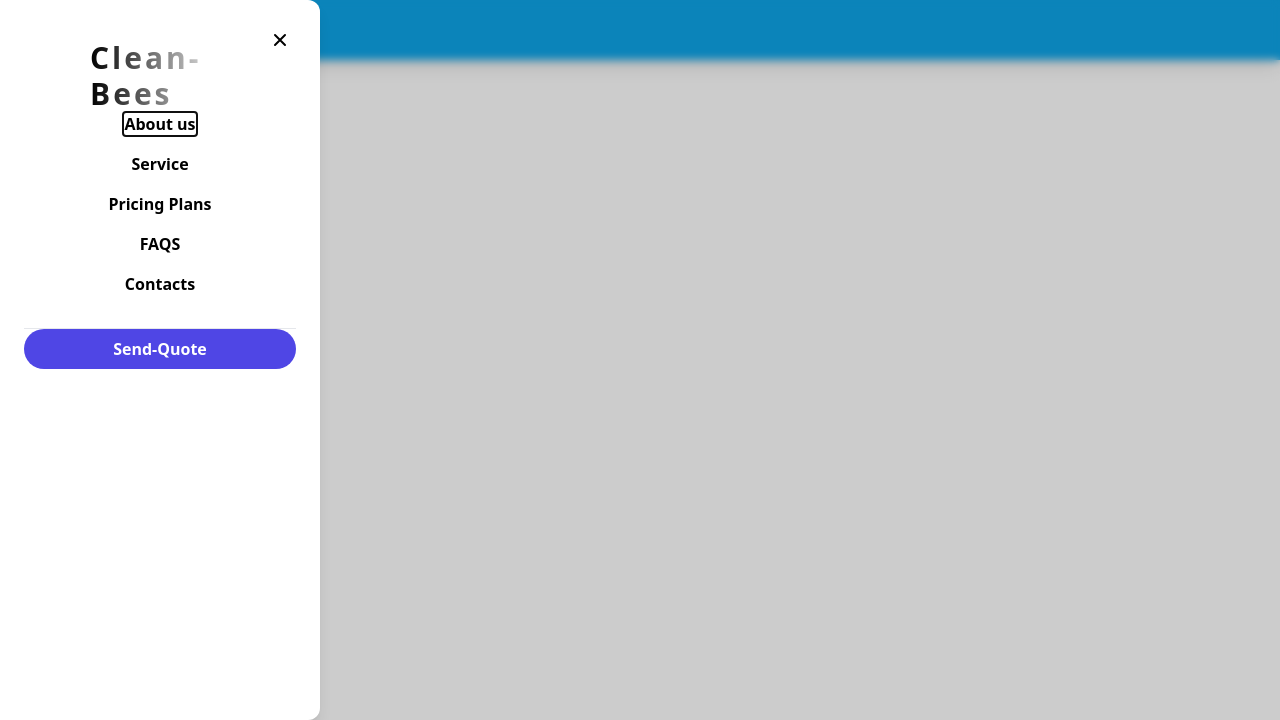
Repository: remydev47/cleanbees
Page: /
The author's editor kept a copy of each file at every save. The page is drawn from the files as they stood at one save, then again after the next save.
The browser window is 1280 px wide. The pictures show the whole page.
The project was rebuilt for these pictures with package versions that can differ from the ones it lists, and the page was loaded fresh each time. The framework's server and built-in components were replaced by stand-ins that run in the browser. Also part of the build but not shown: next.config.js.

Above is the page before, as saved 2022-09-15 19:14:11.

After the next save:
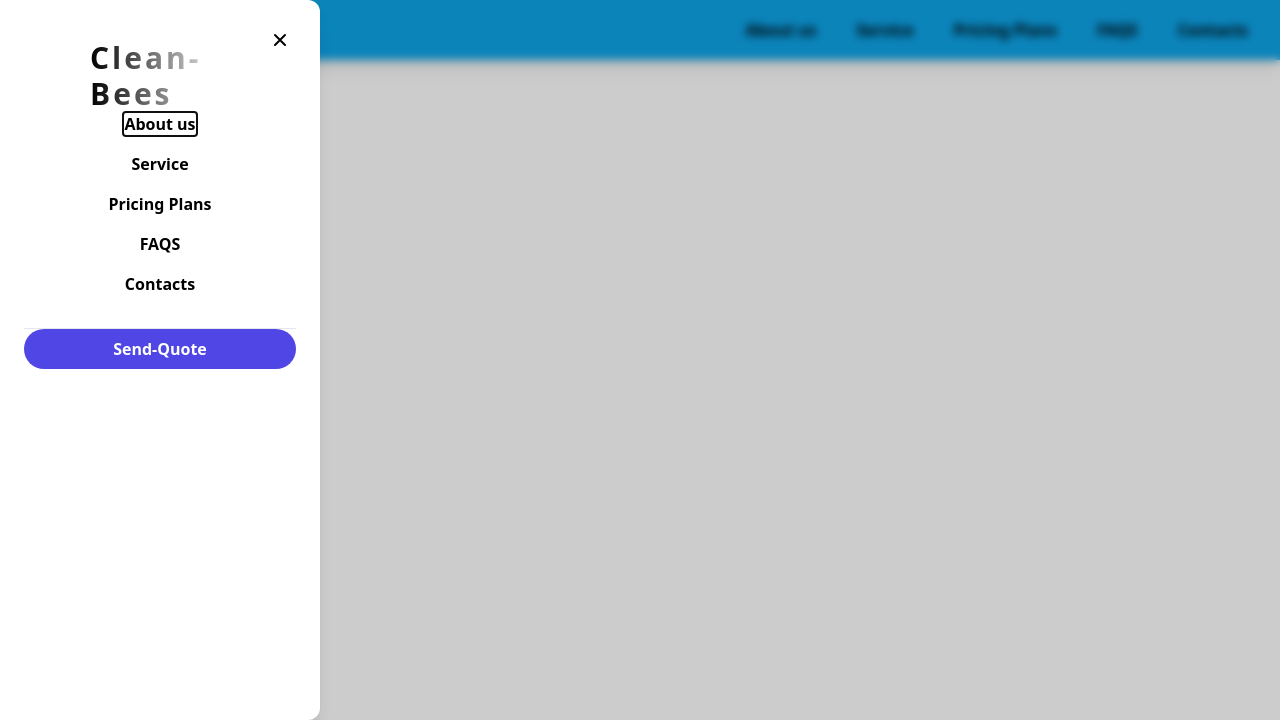
Saved 4 min 43 s later.
--- a/components/Header.tsx
+++ b/components/Header.tsx
@@ -1,6 +1,7 @@
 import { navLinks } from "../constants"
 import { MenuPopOver } from "./MenuPopover"
 import Logo from "./Logo"
+import { title } from "process"
 
 export const Header = () => {
     return(
@@ -12,6 +13,19 @@ export const Header = () => {
           <div className='flex grow-0 basis-1/3 justify-center md:justify-start'>
             <Logo/>
            </div>
+           <ul className="list-none sm:flex hidden justify-end items-center flex-1">
+            {navLinks.map((nav, index) => (
+                <li
+                key={nav.id}
+                className={`font-poppins font-extrabold cursor-pointer text-[16px]
+                  ${index === navLinks.length - 1 ? 'mr-0' : 'mr-10'}
+                 text-black `}
+                >
+                    <a>{nav.title}</a>
+                </li>
+            ))}
+           </ul>
+
           </header>
         </>
     )
